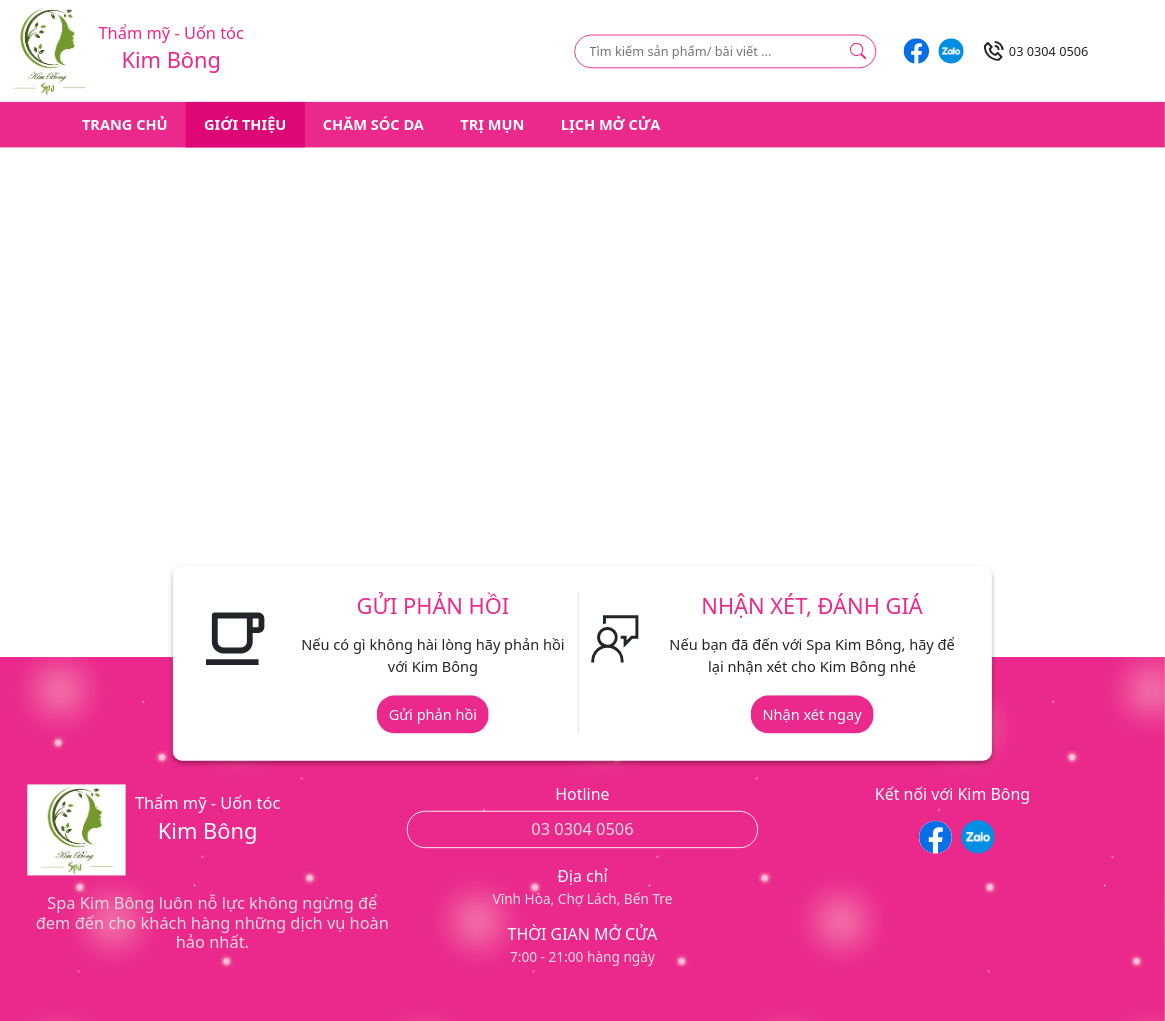
Repository: tranduykhuong/SpaKimBong
Page: /about
These files come from the project's save history. The page is drawn as it stood at one moment and after the next save; the edit follows.
The browser window is 1280 px wide. The pictures show the whole page, at 91% of full size.
The project was rebuilt for these pictures with package versions that can differ from the ones it lists, and the page was loaded fresh each time. Also part of the build but not shown: src/components/Header/Slider/slider.scss, src/components/Header/Slider/Slider.js, src/components/Header/ListImage/listImage.scss, src/components/Header/ListImage/ListImage.js, src/pages/Home/home.scss, src/pages/Home/ListImage/listImage.scss, src/pages/Home/ListImage/ListImage.js, src/pages/Home/BookOnline/bookOnl.scss and 6 more.

Above is the page before, as saved 2022-06-01 00:04:55.

After the next save:
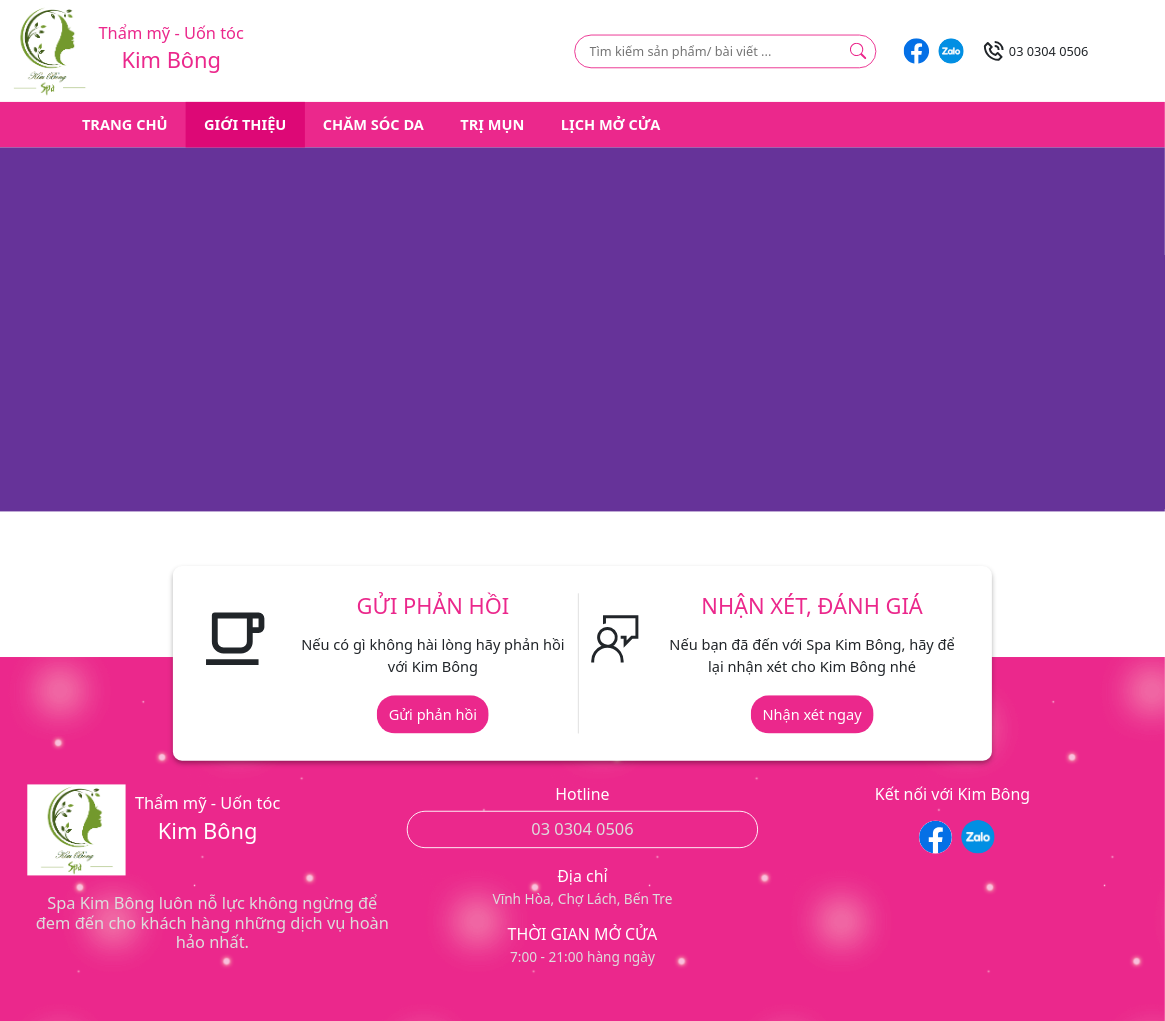
Saved 9 s later.
--- a/src/pages/About/About.scss
+++ b/src/pages/About/About.scss
@@ -1,5 +1,7 @@
 .container1
 {
+
+    background-color: rebeccapurple;
     .container-image{
         width: 100%;
         height: 400px;

After the save that followed:
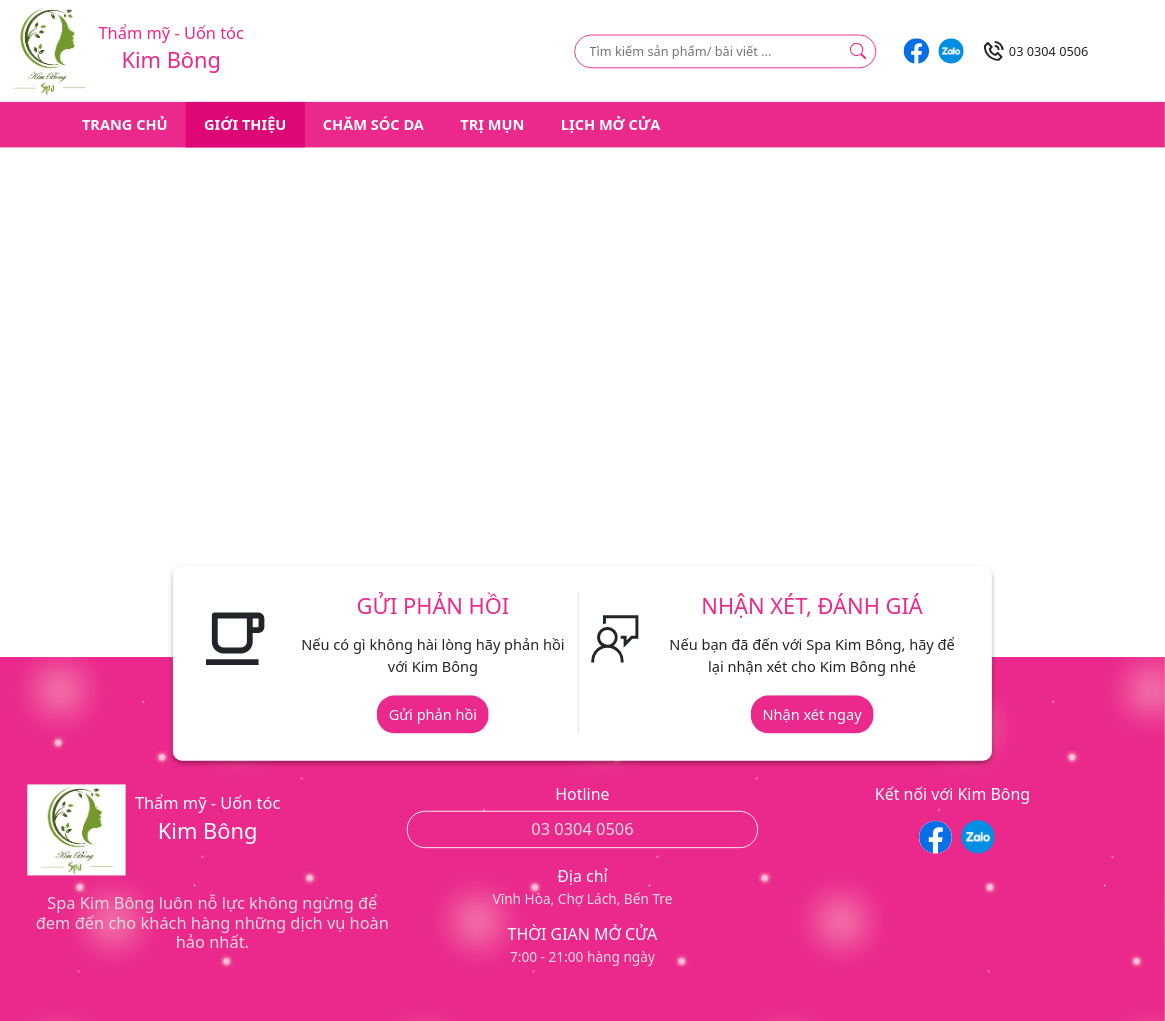
Saved 5 s later.
--- a/src/pages/About/About.scss
+++ b/src/pages/About/About.scss
@@ -1,7 +1,5 @@
 .container1
 {
-
-    background-color: rebeccapurple;
     .container-image{
         width: 100%;
         height: 400px;
